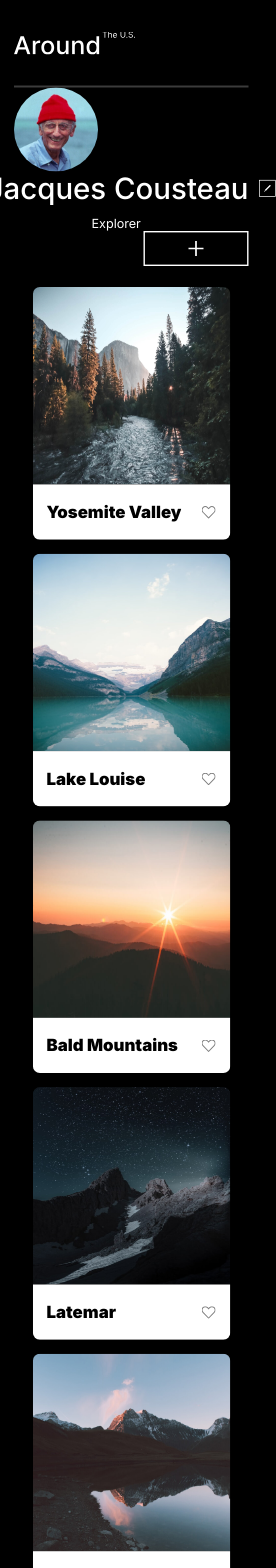
Repository: luisbaezx/se_project_aroundtheus
Page: index.html
The author's editor kept a copy of each file at every save. The page is drawn from the files as they stood at one save, then again after the next save.
The browser window is 375 px wide. The page is 394 px wide, then 375 px, so the pictures cover 394 px, including what lies to the right of the window. The pictures show the part of the page from y = 0 to 2240 px (the page is 2797 px tall before and 2837 px after), at 70% of full size.

Above is the page before, as saved 2024-05-29 18:27:04.

### index.html
<!DOCTYPE html>
<html lang="en">
  <head>
    <meta charset="UTF-8" />
    <meta name="viewport" content="width=device-width, user-scalable=no,
    initial-scale=1/>
    <meta content="ie=edge" http-equiv="X-UA-Compatible" />
    <title>Around The U.S</title>
    <link href="./pages/index.css" rel="stylesheet" />
  </head>
  <body class="page">
    <div class="page__content">
      <header class="header page__section">
        <img
          src="./images/logo.svg"
          alt="Around the U.S. Logo"
          class="header__image"
        />
      </header>
      <main class="content">
        <section class="profile page__section">
          <img
            src="./images/jacques-cousteau.jpg"
            alt="Avatar"
            class="profile__image"
          />
          <div class="profile__info">
            <h1 class="profile__title">Jacques Cousteau</h1>
            <button class="profile__edit-button"></button>
            <p class="profile__description">Explorer</p>
          </div>
          <button class="profile__add-button"></button>
        </section>
        <section class="cards page__section">
          <ul class="card__list">
            <li class="card">
              <img src="./images/yosemite.jpg" class="card__image" />
              <div class="card__description">
                <h2 class="card__title">Yosemite Valley</h2>
                <button class="card__like-button"></button>
              </div>
            </li>
            <li class="card">
              <img src="./images/lake-louise.jpg" class="card__image" />
              <div class="card__description">
                <h2 class="card__title">Lake Louise</h2>
                <button class="card__like-button"></button>
              </div>
            </li>
            <li class="card">
              <img src="./images/bald-mountains.jpg" class="card__image" />
              <div class="card__description">
                <h2 class="card__title">Bald Mountains</h2>
                <button class="card__like-button"></button>
              </div>
            </li>
            <li class="card">
              <img src="./images/latemar.jpg" class="card__image" />
              <div class="card__description">
                <h2 class="card__title">Latemar</h2>
                <button class="card__like-button"></button>
              </div>
            </li>
            <li class="card">
              <img src="./images/vanoise.jpg" class="card__image" />
              <div class="card__description">
                <h2 class="card__title">Vanoise National Park</h2>
                <button class="card__like-button"></button>
              </div>
            </li>
            <li class="card">
              <img src="./images/lago.jpg" class="card__image" />
              <div class="card__description">
                <h2 class="card__title">Lago di Braies</h2>
                <button class="card__like-button"></button>
              </div>
            </li>
          </ul>
        </section>
      </main>
      <footer class="footer">
        <p class="footer__copyright">&copy; 2024 Around The U.S.</p>
      </footer>
    </div>
  </body>
</html>

### pages/index.css
@import url("../vendor/normalize.css");
@import url("../vendor/fonts.css");
@import url("../blocks/page.css");
@import url("../blocks/header.css");
@import url("../blocks/profile.css");
@import url("../blocks/cards.css");
@import url("../blocks/footer.css");

### blocks/page.css
.page {
  font-family: Inter, Arial, Helvetica, sans-serif;
  background-color: black;
  color: white;
}

.page__section {
  max-width: 880px;
  width: 100%;
  position: relative;
  margin: 0 auto;
}

.page__content {
  display: flex;
  flex-direction: column;
  min-height: 100vh;
  padding: 0 20px;
}

@media screen and (max-width: 770px) {
  .profile {
    flex-direction: column;
  }

  .profile__info {
    display: flex;
    flex-wrap: wrap;
    justify-content: center;
    width: 100%;
  }

  .profile__description {
    width: 100%;
    text-align: center;
    margin-bottom: 40px;
  }

  .profile__add-button {
    margin: 0;
    width: 80%;
  }
}

@media screen and (max-width: 620px) {
  .profile {
    flex-direction: column;
  }

  .profile__info {
    display: flex;
    flex-wrap: wrap;
    justify-content: center;
    width: 100%;
  }

  .profile__description {
    width: 100%;
    text-align: center;
    margin-bottom: 40px;
  }

  .profile__add-button {
    margin: 0;
    width: 65%;
  }
}

@media screen and (max-width: 600px) {
  .profile {
    display: flex;
    justify-content: space-around;
  }
  .profile__title {
    font-size: 22px;
  }
  .profile__edit-button {
    display: flex;
    justify-content: flex-end;
  }

  .profile__image {
    margin: 0;
    min-width: auto;
  }
}
@media screen and (max-width: 500px) {
  .profile {
    flex-direction: column;
  }

  .profile__info {
    display: flex;
    flex-wrap: wrap;
    justify-content: center;
    width: 100%;
  }

  .profile__description {
    width: 100%;
    text-align: center;
    margin-bottom: 40px;
  }

  .profile__add-button {
    margin: 0;
    width: 75%;
  }
}

### blocks/header.css
.header {
  margin-top: 45px;
  border-bottom: solid rgba(84, 84, 84, 0.7);
  padding-bottom: 41px;
}

.header__image {
  width: 173px;
  height: 33px;
  transition: opacity 0.3s ease;
}

.header__image:hover {
  color: #000000;
}

### blocks/profile.css
profile {
  display: flex;
  align-items: center;
  padding-top: 40px;
  min-width: 282px;
}

.profile__info {
  display: grid;
  grid-template-areas:
    "title button"
    "description description";
  grid-template-columns: minmax(auto, 375px) auto;
  margin-right: 12px;
  align-items: center;
  gap: 15px;
}

.profile__edit-button {
  background: transparent url(../images/edit-icon.svg) center no-repeat;
  height: 24px;
  width: 24px;
  grid-area: button;
  border: 1px white solid;
}

.profile__edit-button:hover {
  opacity: 0.6;
}

.profile__add-button {
  background: transparent url(../images/add-icon.svg) center no-repeat;
  width: 150px;
  height: 50px;
  margin-left: auto;
  border: 2px white solid;
  transition: opacity 0.3s ease;
}

.profile__add-button:hover {
  opacity: 0.6;
}
.profile__title {
  font-size: 42px;
  line-height: 48px;
  font-weight: 500;
  grid-area: title;
  margin: 0;
  text-overflow: ellipsis;
  white-space: nowrap;
}

.profile__description {
  font-size: 18px;
  line-height: 22px;
  font-weight: 400;
  grid-area: description;
  margin: 0;
  text-overflow: ellipsis;
  white-space: nowrap;
  overflow: hidden;
  max-width: 370px;
}

.profile__image {
  height: 120px;
  width: 120px;
  border-radius: 50%;
  object-fit: cover;
  background-position: center;
  margin-right: 24px;
}

### blocks/cards.css
.cards {
  margin-top: 30px;
  border-radius: 10px;
}

.card__list {
  display: grid;
  justify-content: center;
  grid-template-columns: repeat(auto-fit, 282px);
  grid-gap: 20px 17px;
  padding: 0;
  margin: 0;
}

.card {
  display: flex;
  flex-direction: column;
  list-style: none;
  border-radius: 10px;
  overflow: hidden;
}

.card__image {
  width: 282px;
  height: 282px;
}

.card__title {
  max-width: 220px;
  font-size: 24px;
  font-weight: 900;
  line-height: 29px;
  text-overflow: ellipsis;
  white-space: nowrap;
  overflow: hidden;
  margin: 0;
}

.card__description {
  display: flex;
  background-color: white;
  color: black;
  padding-top: 25px;
  padding-bottom: 25px;
  padding-left: 20px;
  padding-right: 20px;
  align-items: center;
  justify-content: space-between;
}

.card__like-button {
  background: transparent url(../images/like-inactive.svg) center no-repeat;
  width: 21px;
  height: 18px;
  border: none;
  transition: opacity 0.3s ease;
}

.card__like-button:hover {
  opacity: 0.5;
}

### blocks/footer.css
.footer {
  max-width: 880px;
  width: 100%;
  position: relative;
  margin: 0 auto;
}

.footer__copyright {
  color: #545454;
  padding-top: 35px;
  padding-bottom: 35px;
}

Loaded but not shown: vendor/normalize.css (library); vendor/fonts.css (common file)

After the next save:
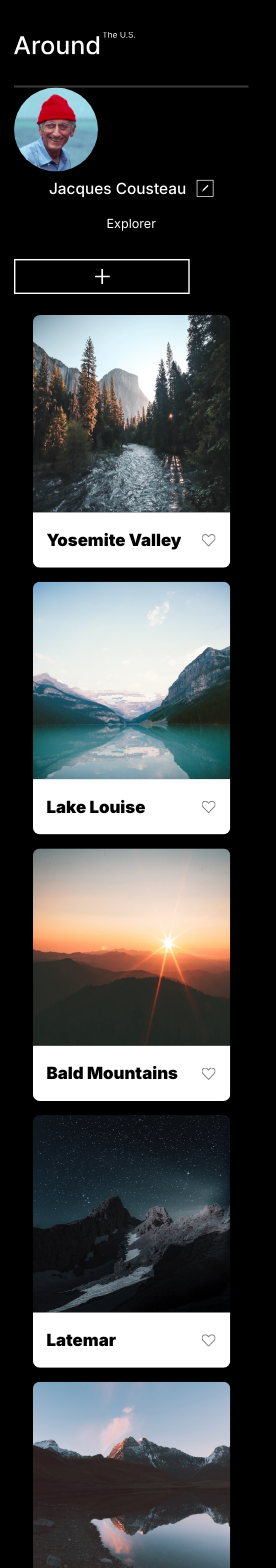
Saved 16 min 0 s later.
--- a/blocks/profile.css
+++ b/blocks/profile.css
@@ -70,3 +70,93 @@ profile {
   background-position: center;
   margin-right: 24px;
 }
+
+@media screen and (max-width: 770px) {
+  .profile {
+    flex-direction: column;
+  }
+
+  .profile__info {
+    display: flex;
+    flex-wrap: wrap;
+    justify-content: center;
+    width: 100%;
+  }
+
+  .profile__description {
+    width: 100%;
+    text-align: center;
+    margin-bottom: 40px;
+  }
+
+  .profile__add-button {
+    margin: 0;
+    width: 80%;
+  }
+}
+
+@media screen and (max-width: 620px) {
+  .profile {
+    flex-direction: column;
+  }
+
+  .profile__info {
+    display: flex;
+    flex-wrap: wrap;
+    justify-content: center;
+    width: 100%;
+  }
+
+  .profile__description {
+    width: 100%;
+    text-align: center;
+    margin-bottom: 40px;
+  }
+
+  .profile__add-button {
+    margin: 0;
+    width: 65%;
+  }
+}
+
+@media screen and (max-width: 600px) {
+  .profile {
+    display: flex;
+    justify-content: space-around;
+  }
+  .profile__title {
+    font-size: 22px;
+  }
+  .profile__edit-button {
+    display: flex;
+    justify-content: flex-end;
+  }
+
+  .profile__image {
+    margin: 0;
+    min-width: auto;
+  }
+}
+@media screen and (max-width: 500px) {
+  .profile {
+    flex-direction: column;
+  }
+
+  .profile__info {
+    display: flex;
+    flex-wrap: wrap;
+    justify-content: center;
+    width: 100%;
+  }
+
+  .profile__description {
+    width: 100%;
+    text-align: center;
+    margin-bottom: 40px;
+  }
+
+  .profile__add-button {
+    margin: 0;
+    width: 75%;
+  }
+}
